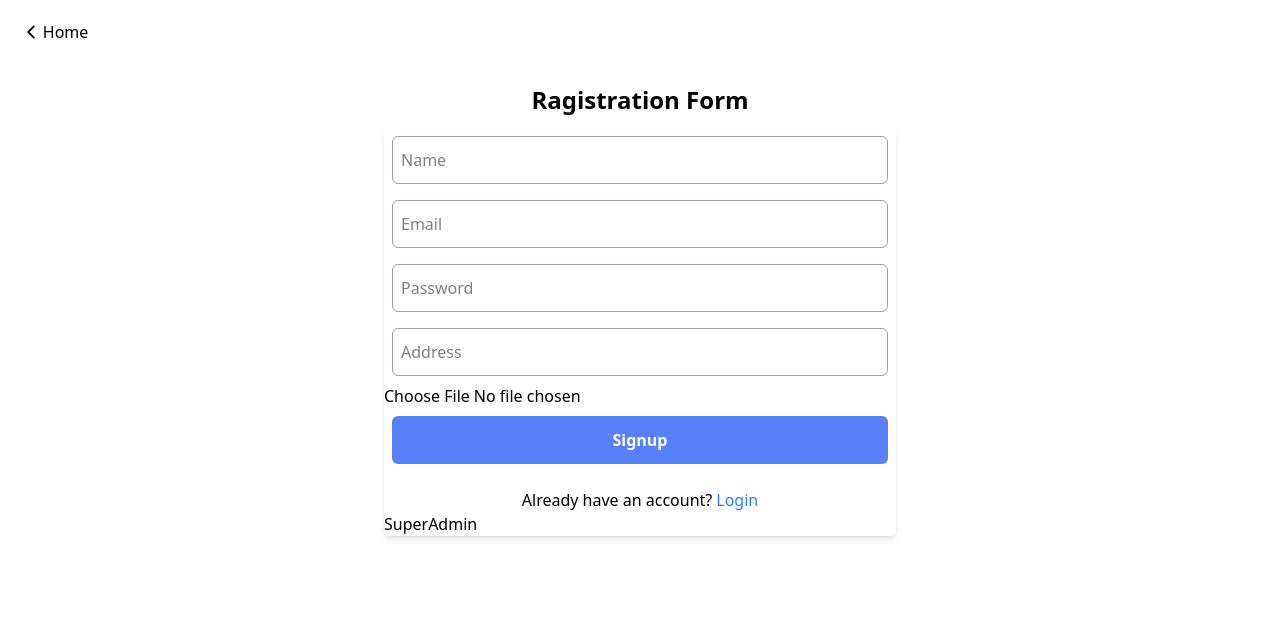
Repository: GAURAV-KUMAR22/restro-food-order-app
Page: /signup (app in qr-app/)
These files come from the project's save history. The page is drawn as it stood at one moment and after the next save; the edit follows.
The browser window is 1280 px wide. The pictures show the whole page.
The page's requests for data from a server got no answer. The project was rebuilt for these pictures with package versions that can differ from the ones it lists, and the page was loaded fresh each time. No one was signed in, and anything a server would have sent is missing. Also part of the build but not shown: qr-app/vite.config.js, qr-app/src/Services/ProtectedRoutes.jsx, qr-app/src/components/CardItem.jsx, qr-app/src/components/CardDetails.jsx, qr-app/src/components/Client/CategoryCard.jsx, qr-app/src/Services/Socket.js, qr-app/src/components/Client/OrderStatusCard.jsx, qr-app/src/components/Client/SearchInput.jsx and 33 more.

Above is the page before, as saved 2025-06-11 09:50:10.

After the next save:
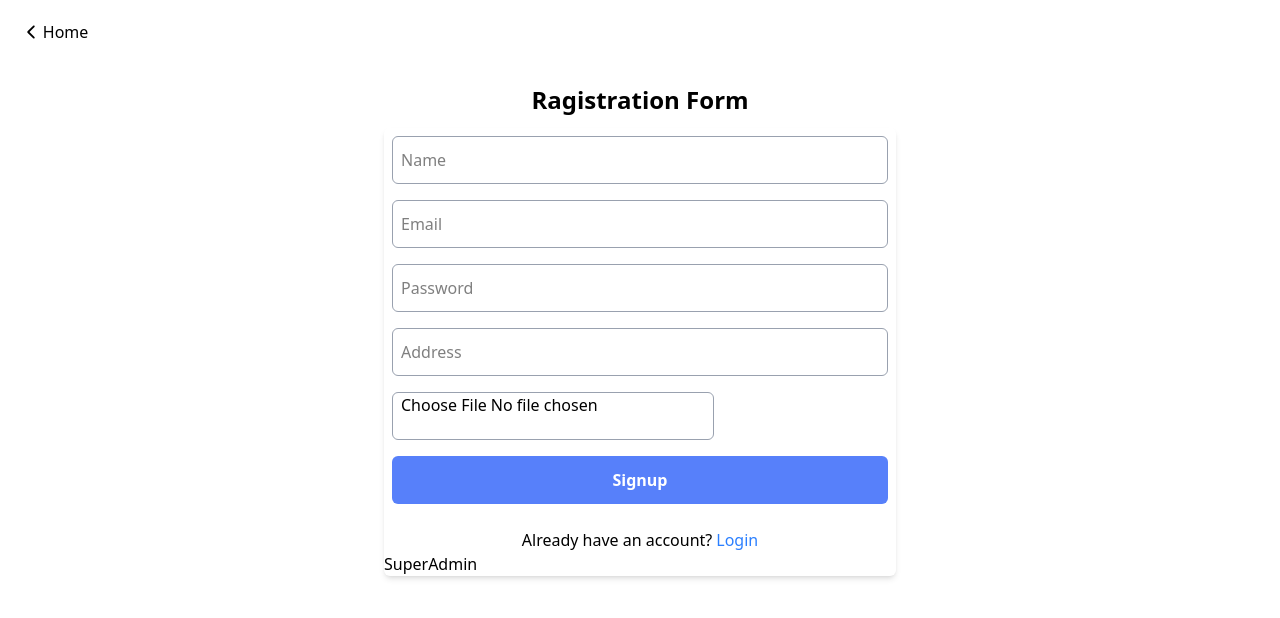
Saved 17 s later.
--- a/qr-app/src/Pages/Auth/Signup.jsx
+++ b/qr-app/src/Pages/Auth/Signup.jsx
@@ -114,7 +114,11 @@ export const Signup = () => {
           <div className="flex flex-col">
             <label htmlFor="file-upload"></label>
             <div>
-              <input type="file" alt="file-upload" />
+              <input
+                type="file"
+                alt="file-upload"
+                className="m-2 border border-gray-400 pl-2 h-12 rounded-md"
+              />
             </div>
           </div>
 
